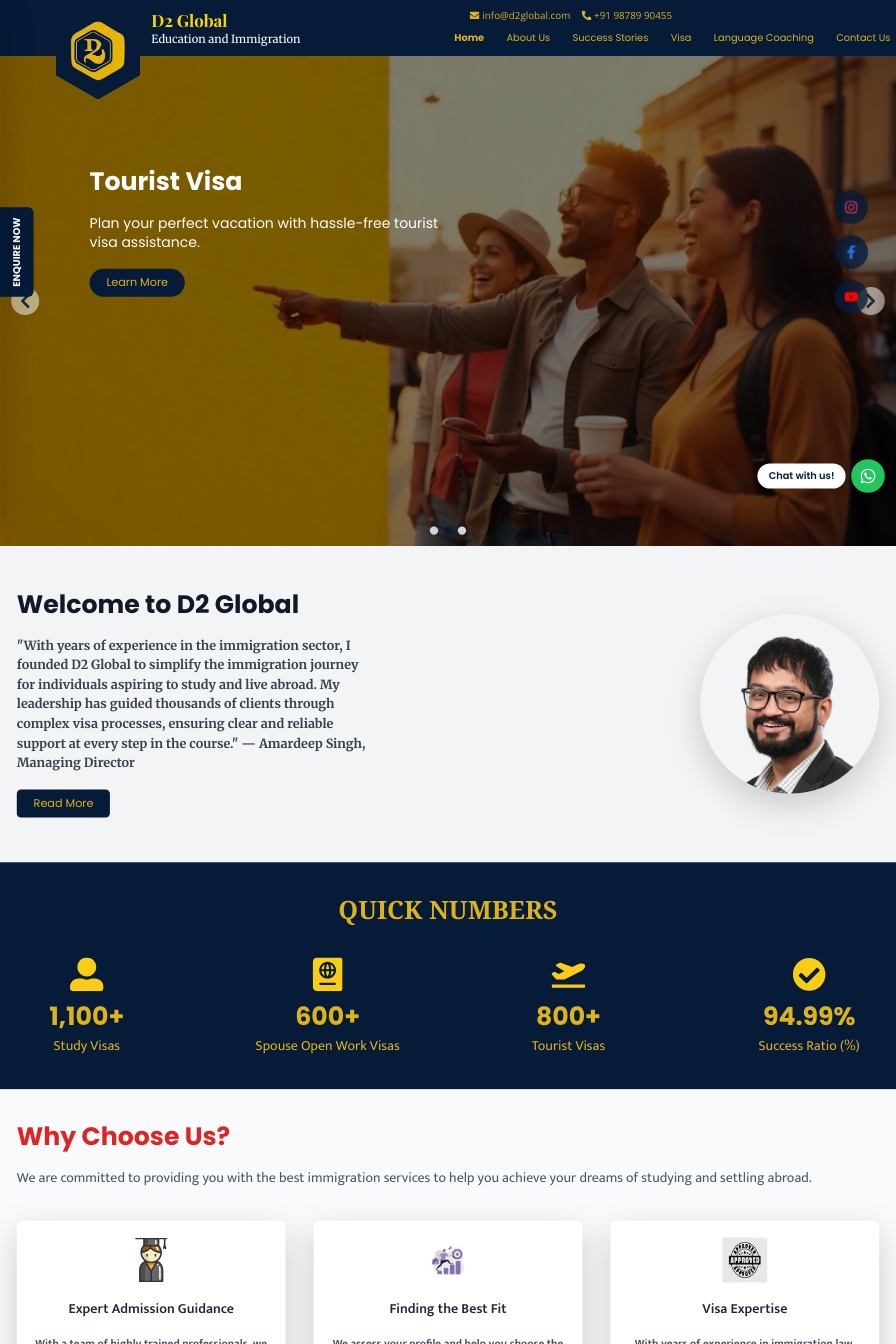
Repository: abhijeets54/d2globalbackup
Page: /
These files come from the project's save history. The page is drawn as it stood at one moment and after the next save; the edit follows.
The browser window is 1280 px wide. The pictures show the part of the page from y = 0 to 1920 px (the page is 5702 px tall), at 70% of full size.
Some web fonts or font styles are not loaded; a fallback is used. The project was rebuilt for these pictures with package versions that can differ from the ones it lists, and the page was loaded fresh each time. Also part of the build but not shown: vite.config.js, src/components/Logo.jsx, src/components/Button.jsx, src/components/PostCard.jsx, src/components/Input.jsx, src/components/WhatPeopleAreSaying.jsx, src/components/PassportServiceSlider.jsx, src/components/Register.jsx and 25 more.

Above is the page before, as saved 2024-10-22 14:42:05.

After the next save:
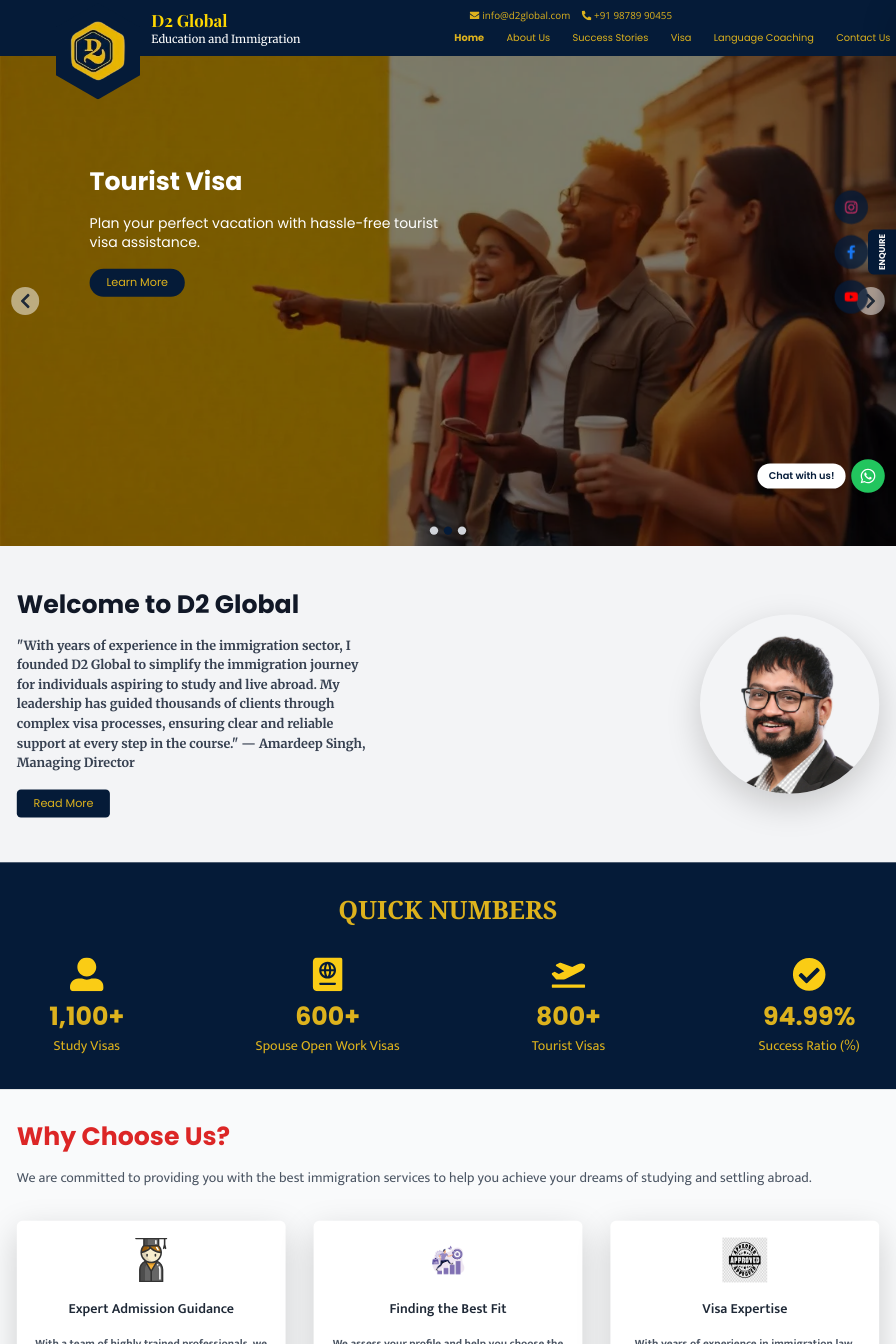
Saved 2 min 26 s later.
--- a/src/components/ContactUs/QuickEnquiry.jsx
+++ b/src/components/ContactUs/QuickEnquiry.jsx
@@ -41,19 +41,19 @@
   };
 
   return (
-    <div className="fixed left-0 top-0 h-full flex items-center z-50">
+    <div className="fixed right-0 top-0 h-full flex items-center z-50">
       {/* Quick Enquiry Button */}
       <div
-        className="bg-customBlue hover:bg-customYellow text-white px-1 py-6 rounded-r-lg cursor-pointer flex items-center justify-center h-32 w-8 sm:w-10 md:w-12"
+        className="bg-customBlue hover:bg-customYellow text-white px-2 py-4 rounded-l-lg cursor-pointer flex items-center justify-center h-16 w-6 sm:w-8 md:w-10"
         onClick={toggleForm}
       >
-        <span className="transform -rotate-90 font-bold text-sm whitespace-nowrap">ENQUIRE NOW</span>
+        <span className="transform -rotate-90 font-bold text-xs whitespace-nowrap">ENQUIRE</span>
       </div>
 
       {/* Contact Form */}
       <div
-        className={`fixed left-0 top-0 h-full w-full sm:w-80 md:w-96 lg:w-96 bg-white shadow-lg transition-transform duration-500 flex flex-col ${
-          isOpen ? 'translate-x-0' : '-translate-x-full'
+        className={`fixed right-0 top-0 h-full w-full sm:w-80 md:w-96 lg:w-96 bg-white shadow-lg transition-transform duration-500 flex flex-col ${
+          isOpen ? 'translate-x-0' : 'translate-x-full'
         }`}
       >
         <div className="p-4 sm:p-6 flex-grow flex flex-col justify-between">

After the save that followed:
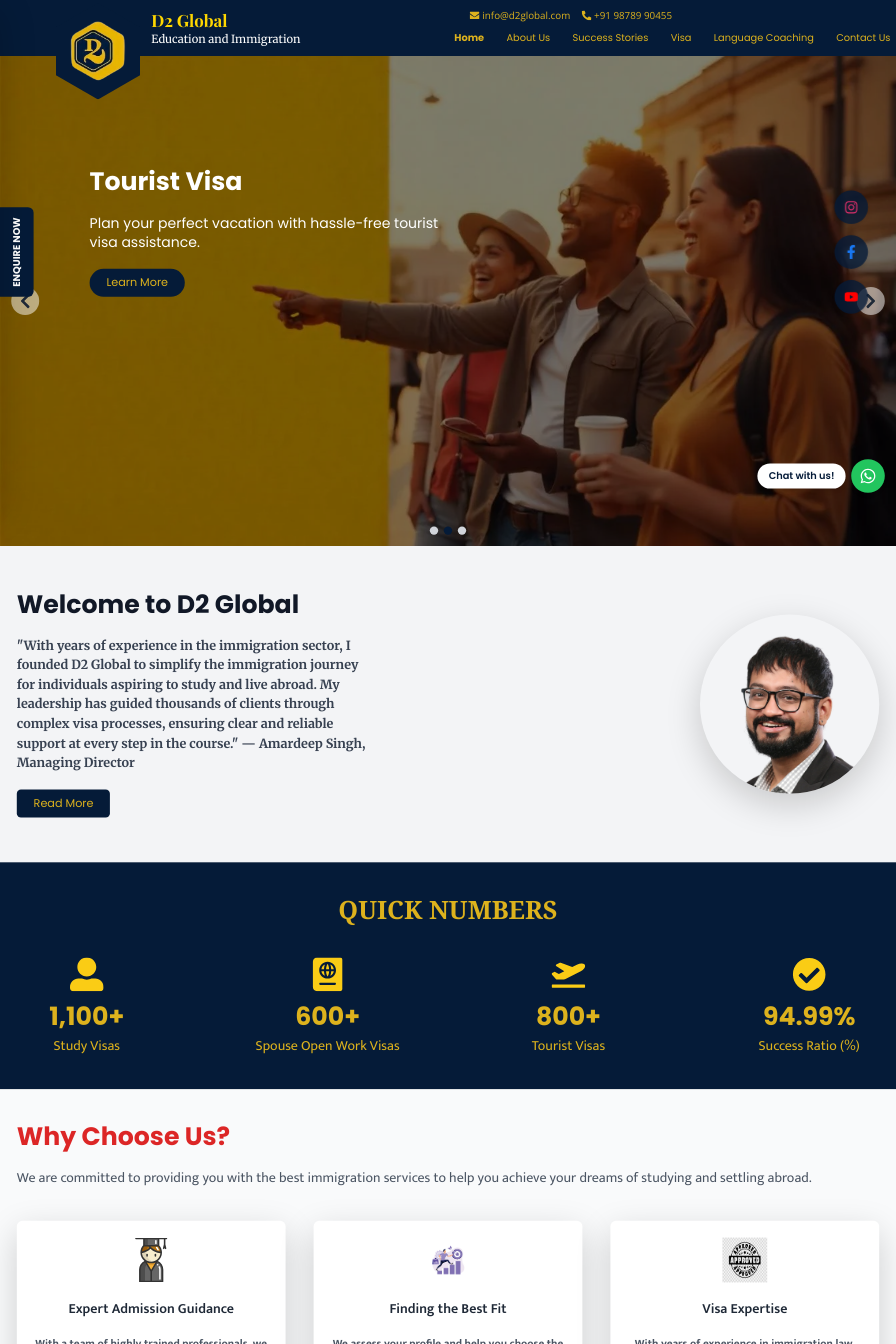
Saved 12 s later.
--- a/src/components/ContactUs/QuickEnquiry.jsx
+++ b/src/components/ContactUs/QuickEnquiry.jsx
@@ -41,19 +41,19 @@
   };
 
   return (
-    <div className="fixed right-0 top-0 h-full flex items-center z-50">
+    <div className="fixed left-0 top-0 h-full flex items-center z-50">
       {/* Quick Enquiry Button */}
       <div
-        className="bg-customBlue hover:bg-customYellow text-white px-2 py-4 rounded-l-lg cursor-pointer flex items-center justify-center h-16 w-6 sm:w-8 md:w-10"
+        className="bg-customBlue hover:bg-customYellow text-white px-1 py-6 rounded-r-lg cursor-pointer flex items-center justify-center h-32 w-8 sm:w-10 md:w-12"
         onClick={toggleForm}
       >
-        <span className="transform -rotate-90 font-bold text-xs whitespace-nowrap">ENQUIRE</span>
+        <span className="transform -rotate-90 font-bold text-sm whitespace-nowrap">ENQUIRE NOW</span>
       </div>
 
       {/* Contact Form */}
       <div
-        className={`fixed right-0 top-0 h-full w-full sm:w-80 md:w-96 lg:w-96 bg-white shadow-lg transition-transform duration-500 flex flex-col ${
-          isOpen ? 'translate-x-0' : 'translate-x-full'
+        className={`fixed left-0 top-0 h-full w-full sm:w-80 md:w-96 lg:w-96 bg-white shadow-lg transition-transform duration-500 flex flex-col ${
+          isOpen ? 'translate-x-0' : '-translate-x-full'
         }`}
       >
         <div className="p-4 sm:p-6 flex-grow flex flex-col justify-between">
